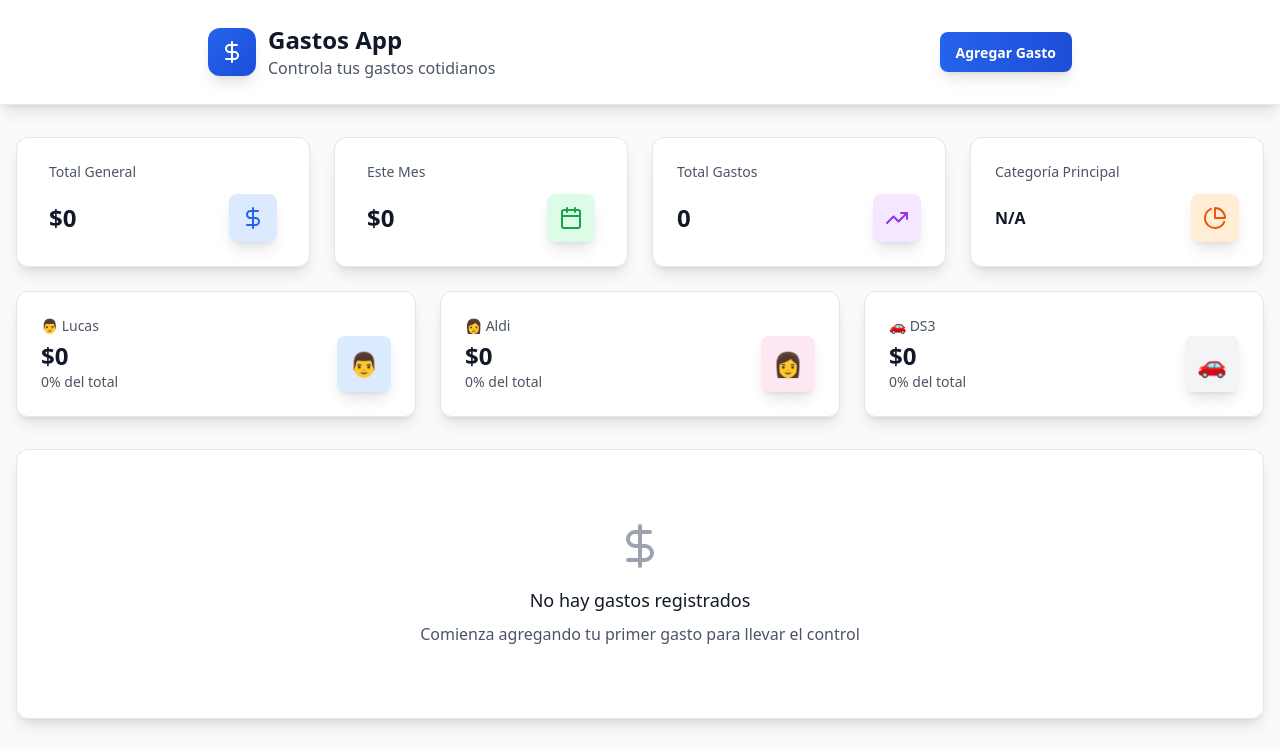
Repository: lucastenaglia/Gastosapp
Page: /
An editor plug-in stored every save of this project. The page is shown before and after the next save, followed by the edit.
The browser window is 1280 px wide. The pictures show the whole page.
The page's requests for data from a server got no answer. The project was rebuilt for these pictures with package versions that can differ from the ones it lists, and the page was loaded fresh each time. No one was signed in, and anything a server would have sent is missing. Also part of the build but not shown: vite.config.js, src/components/ExpenseForm.jsx.

Above is the page before, as saved 2025-08-13 18:51:24.

After the next save:
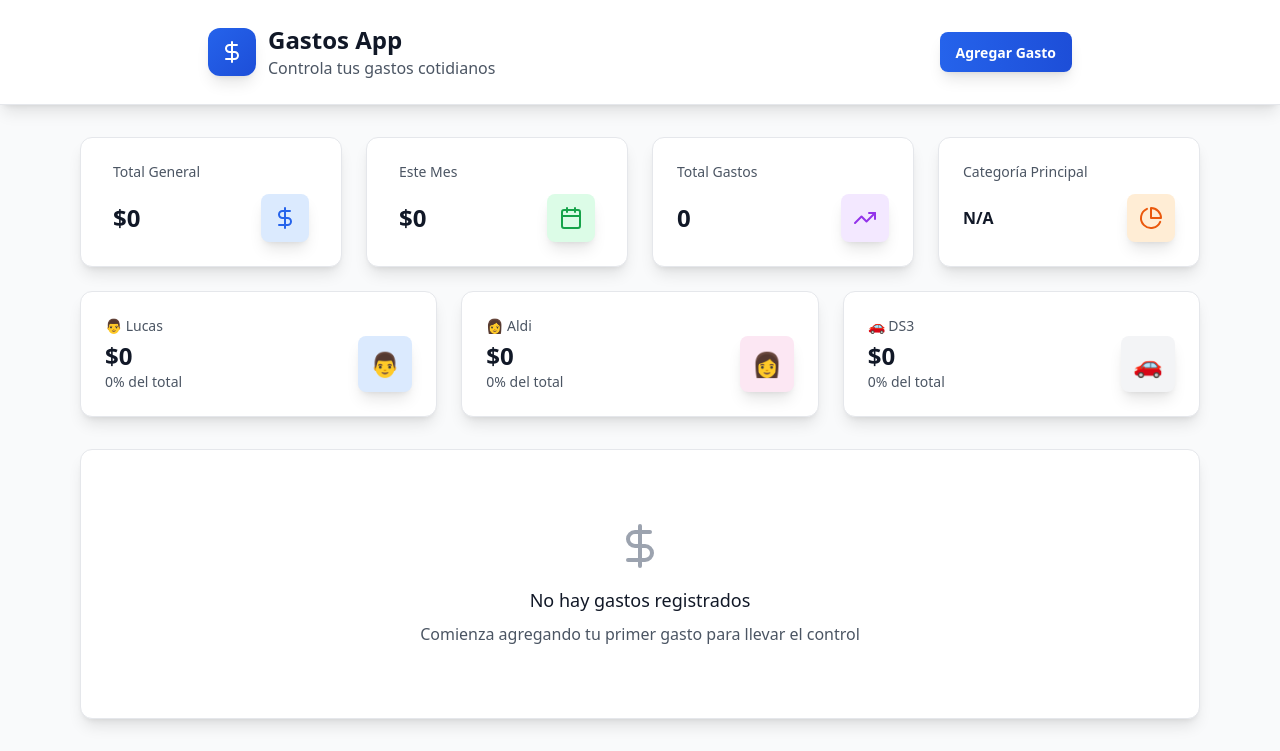
Saved 16 s later.
--- a/src/App.jsx
+++ b/src/App.jsx
@@ -88,7 +88,7 @@ function App() {
     <div className="min-h-screen bg-gray-50">
       <Header onAddExpense={() => setIsFormOpen(true)} />
 
-      <main className="container mx-auto px-4 py-8 max-w-7xl">
+      <main className="container mx-auto px-4 py-8 max-w-6xl">
         {error && (
           <div className="bg-red-100 border border-red-400 text-red-700 px-4 py-3 rounded mb-6">
             {error}
